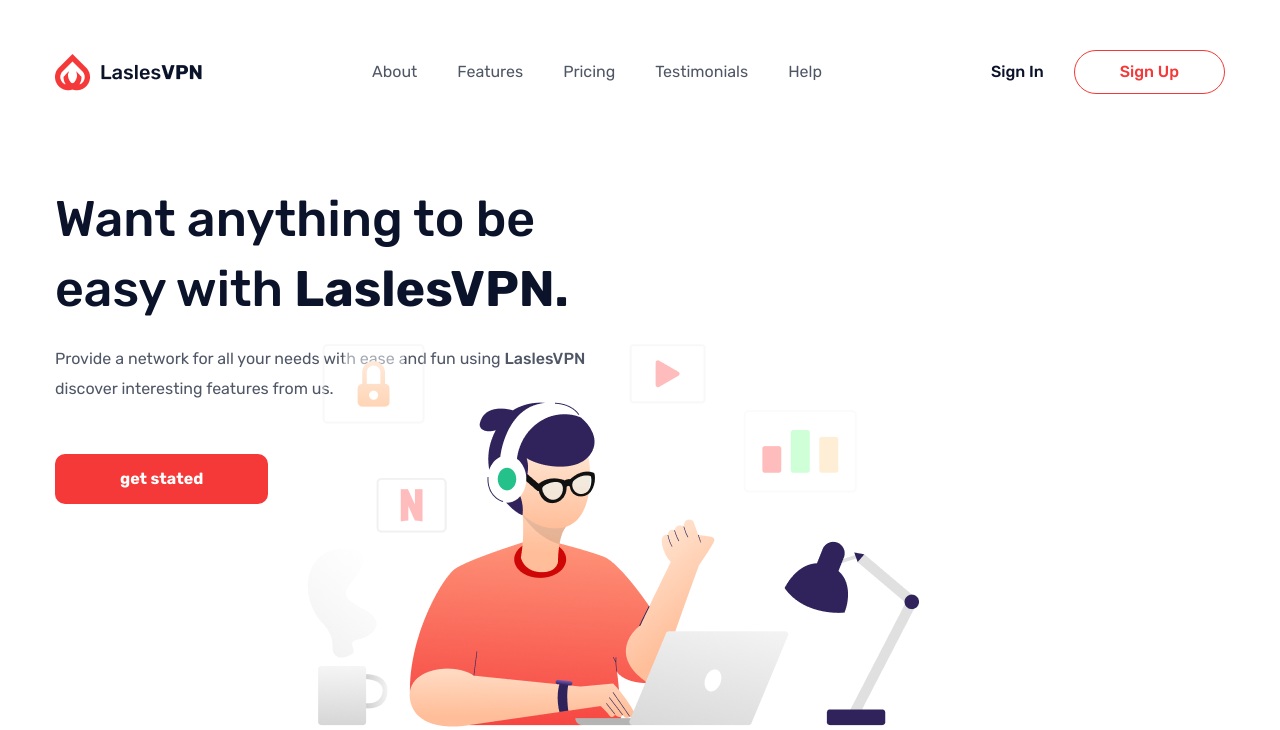
Repository: longvuht/lasles-VPN-vu
Page: index.html
These files come from the project's save history. The page is drawn as it stood at one moment and after the next save; the edit follows.
The browser window is 1280 px wide. The pictures show the whole page.
The style sheet was rebuilt from its Sass, Less or Tailwind sources for each picture, by a compiler version that may differ from the author's.

Above is the page before, as saved 2022-09-10 16:48:36.

### index.html
<!DOCTYPE html>
<html lang="en">
  <head>
    <meta charset="UTF-8" />
    <meta name="viewport" content="width=device-width, initial-scale=1.0" />
    <title>lasles vpn vu</title>
    <link rel="preconnect" href="https://fonts.googleapis.com" />
    <link rel="preconnect" href="https://fonts.gstatic.com" crossorigin />
    <link
      href="https://fonts.googleapis.com/css2?family=Rubik:wght@400;500;700&display=swap"
      rel="stylesheet"
    />
    <link rel="stylesheet" href="./css/style.css" />
  </head>
  <body>
    <div class="wrapper">
      <header class="header">
        <div class="container">
          <div class="header-container">
            <img
              src="./img/header-logo.png"
              alt="header logo"
              class="header-logo"
            />
            <ul class="menu">
              <li class="menu-item">
                <a href="#" class="menu-link">About</a>
              </li>
              <li class="menu-item">
                <a href="#" class="menu-link">Features</a>
              </li>
              <li class="menu-item">
                <a href="#" class="menu-link">Pricing</a>
              </li>
              <li class="menu-item">
                <a href="#" class="menu-link">Testimonials</a>
              </li>
              <li class="menu-item">
                <a href="#" class="menu-link">Help</a>
              </li>
            </ul>
            <div class="header-auth">
              <a href="#none" class="header-signin">sign in</a>
              <a href="#none" class="button button--outline">sign up</a>
            </div>
          </div>
        </div>
      </header>
      <main>
        <section class="hero">
          <div class="container">
            <div class="hero-container">
              <div class="hero-content">
                <h1 class="hero-heading">
                  Want anything to be easy with <strong>LaslesVPN.</strong>
                </h1>
                <p class="hero-desc">
                  Provide a network for all your needs with ease and fun using
                  <strong>LaslesVPN</strong> discover interesting features from
                  us.
                </p>
                <a href="#" class="button button--rounded button--primary"
                  >get stated</a
                >
              </div>
              <div class="hero-image">
                <img src="./img/hero-img.png" alt="hero image" />
              </div>
            </div>
          </div>
        </section>
      </main>
    </div>
  </body>
</html>

### sass/app.scss
@import "reset";
@import "variables";
@import "global";
@import "header";
@import "hero";

### sass/_variables.scss
$font: "Rubik", sans-serif;
$text-color: #4f5665;
$heading-color: #0b132a;
$primary-color: #f53838;
$grey-color: #dde0e4;

### sass/_global.scss
.wrapper {
  max-width: 1440px;
  margin: 0 auto;
}
.container {
  max-width: 1170px;
  margin: 0 auto;
  padding: 0 15px;
}

body {
  line-height: 1;
  font-family: $font;
  color: $text-color;
  font-size: 16px;
  font-weight: 400;
}

.button {
  display: inline-block;
  padding: 13px 45px;
  border-radius: 100rem;
  font-family: $font;
  line-height: 1;
  font-weight: 500;
  font-size: 16px;
  text-decoration: none;
  outline: none;
  cursor: pointer;
  &--primary {
    font-weight: 700;
    background-color: $primary-color;
    color: #fff;
  }
  &--outline {
    background-color: transparent;
    color: $primary-color;
    font-weight: 500;
    border: 1px solid;
  }
  &--rounded {
    border-radius: 10px;
    padding: 17px 65px;
  }
}

### sass/_header.scss
.header {
  padding-top: 50px;
  padding-bottom: 90px;
  &-container {
    display: flex;
    justify-content: space-between;
    align-items: center;
  }
  &-auth {
    display: flex;
    align-items: center;
    gap: 0 30px;
    text-transform: capitalize;
  }
  &-signin {
    font-weight: 500;
    color: $heading-color;
    text-decoration: none;
  }
}

.menu {
  list-style: none;
  display: flex;
  align-items: center;
  gap: 0 40px;
  &-link {
    color: inherit;
    text-decoration: none;
  }
}

### sass/_hero.scss
.hero {
  &-container {
    display: flex;
    justify-content: space-between;
    align-items: center;
    position: relative;
  }
  &-content {
    width: 100%;
    max-width: 555px;
  }
  &-image {
    position: absolute;
    top: 50%;
    transform: translateX(-50%);
    right: 0;
  }

  &-heading {
    font-size: 50px;
    font-weight: 500;
    margin-bottom: 20px;
    line-height: calc(70 / 50);
    color: $heading-color;
    strong {
      font-weight: 700;
    }
  }
  &-desc {
    line-height: calc(30 / 16);
    margin-bottom: 50px;
    strong {
      font-weight: 500;
    }
  }
}

Loaded but not shown: sass/_reset.scss (common file)

After the next save:
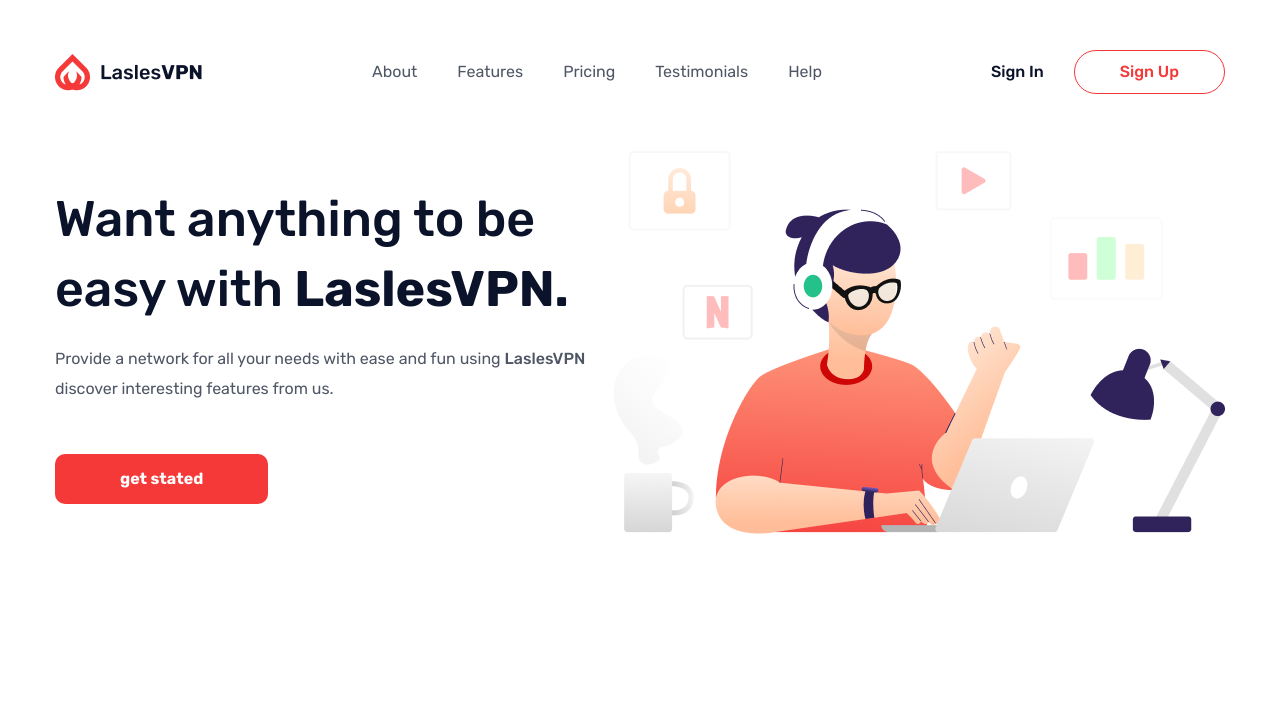
Saved 11 s later.
--- a/sass/_hero.scss
+++ b/sass/_hero.scss
@@ -12,7 +12,7 @@
   &-image {
     position: absolute;
     top: 50%;
-    transform: translateX(-50%);
+    transform: translateY(-50%);
     right: 0;
   }
 
